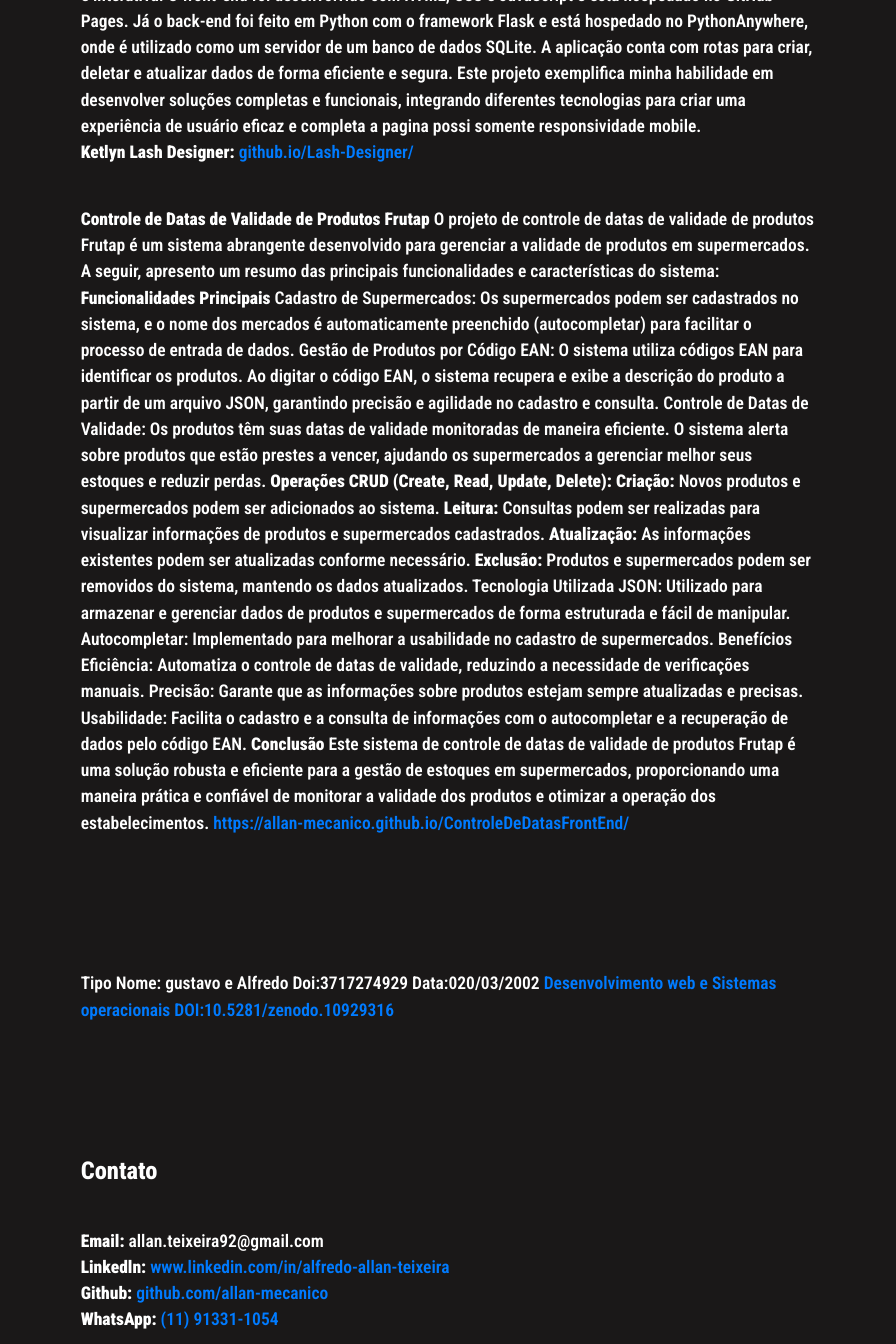
Repository: alfredo-allan/Portfolio
Page: index.html
These files come from the project's save history. The page is drawn as it stood at one moment and after a run of saves; the edit follows.
The browser window is 1280 px wide. The pictures show the part of the page from y = 2547 to 4467 px (the page is 4467 px tall), at 70% of full size.

Above is the page before, as saved 2024-05-26 19:34:01.

After the next 2 saves:
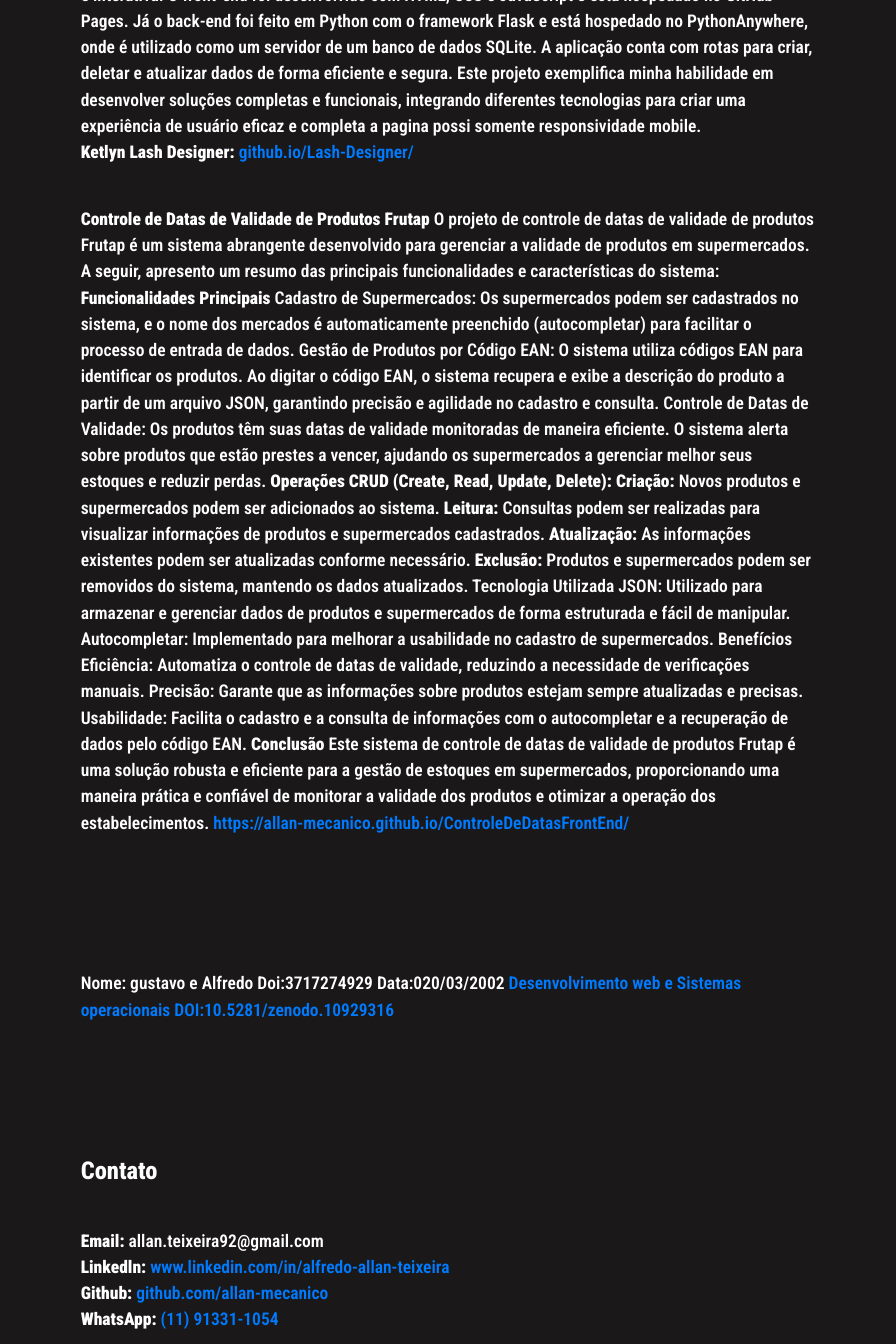
The 2 saves are shown as one change because they came seconds apart.
The last was saved 37 s later.
--- a/index.html
+++ b/index.html
@@ -152,7 +152,7 @@
     </div>
     <div id="Atividades">
       <p>
-        Tipo Nome: gustavo e Alfredo Doi:3717274929 Data:020/03/2002
+          Nome: gustavo e Alfredo Doi:3717274929 Data:020/03/2002
         <a href="https://zenodo.org/records/10929316"
           >Desenvolvimento web e Sistemas operacionais
           DOI:10.5281/zenodo.10929316</a
